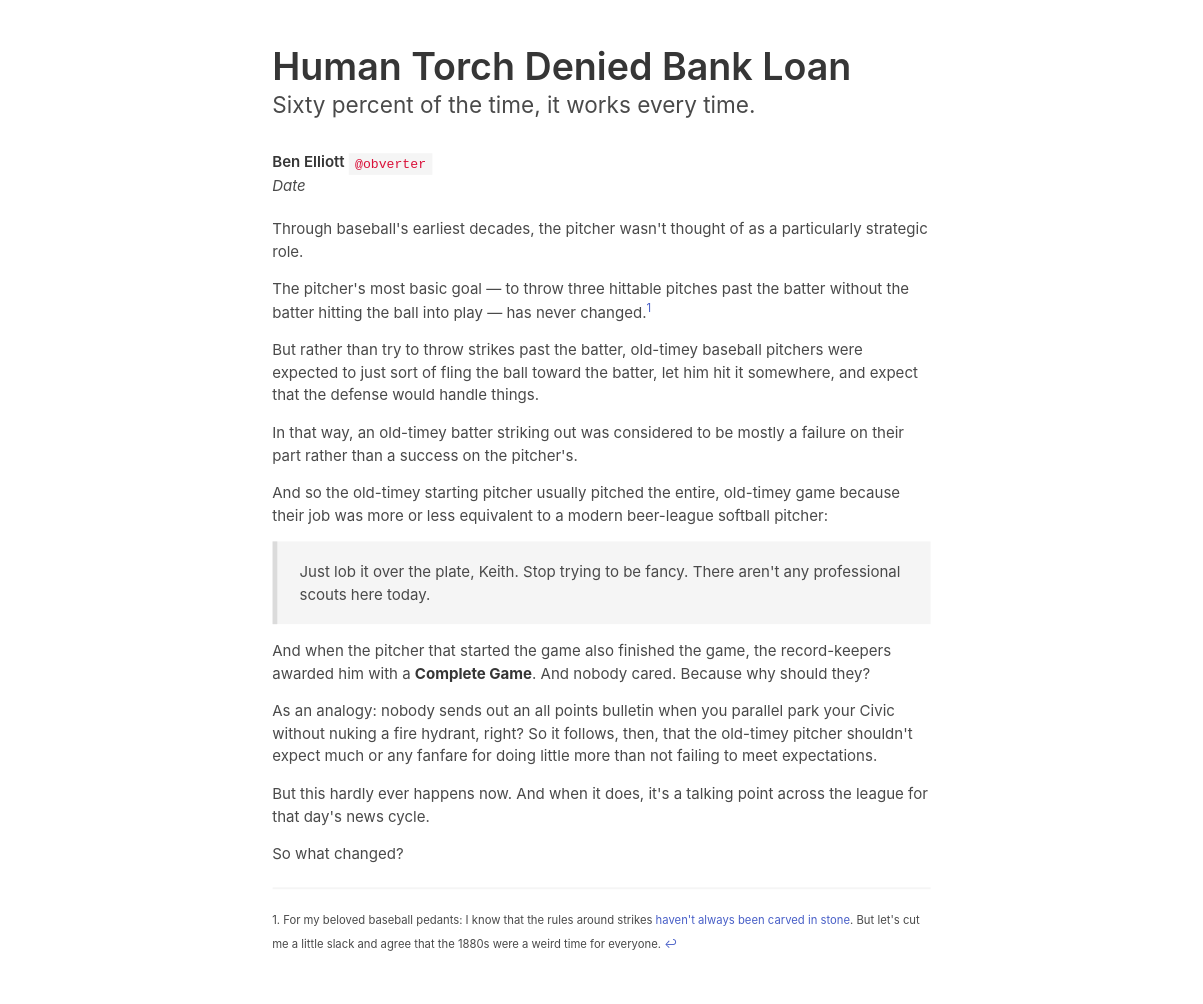
Repository: obverter/complete-games-are-done
Page: index.html
The author's editor kept a copy of each file at every save. The page is drawn from the files as they stood at one save, then again after the next save.
The browser window is 1280 px wide. The pictures show the whole page, at 94% of full size.

Above is the page before, as saved 2022-06-24 16:41:20.

### index.html
<!DOCTYPE html>
<html>
    <head>
        <meta charset="utf-8" />
        <meta name="viewport" content="width=device-width, initial-scale=1" />
        <title>Story!</title>
        <!-- todo: Title above is the text in the browser tab. -->
        <link
            rel="stylesheet"
            href="https://cdn.jsdelivr.net/npm/bulma@0.9.4/css/bulma.min.css"
        />
    </head>
    <body>
        <section class="section">
            <div class="content is-0">
                <div class="columns">
                    <div class="column is-one-fifth"></div>
                    <div class="column is-three-fifths">
                        <h1 class="title is-2">Human Torch Denied Bank Loan</h1>
                        <!-- todo: Title above is the Content title. -->
                        <p class="subtitle is-4">
                            Sixty percent of the time, it works every time.
                            <!-- todo: Subtitle above is the Content subtitle. -->
                        </p>
                    </div>
                    <!-- <div class="column is-one-fifth"></div> -->
                </div>
            </div>
            <div class="columns">
                <div class="column is-one-fifth"></div>
                <div class="column is-three-fifths">
                    <h6 class="title is-6">
                        Ben Elliott <code>@obverter</code>
                    </h6>
                    <h6 class="subtitle is-6"><em>Date</em></h6>
                    <div class="content">
                        <p>
                            Through baseball's earliest decades, the pitcher
                            wasn't thought of as a particularly strategic role.
                        </p>
                        <p>
                            The pitcher's most basic goal — to throw three
                            hittable pitches past the batter without the batter
                            hitting the ball into play — has never changed.<sup><a href="#fn1" id="ref1">1</a></sup>
                        </p>
                        <p>
                            But rather than try to throw strikes past the
                            batter, old-timey baseball pitchers were expected to
                            just sort of fling the ball toward the batter, let
                            him hit it somewhere, and expect that the defense
                            would handle things.
                        </p>
                        <p>
                            In that way, an old-timey batter striking out was
                            considered to be mostly a failure on their part
                            rather than a success on the pitcher's.
                        </p>
                        <p>
                            And so the old-timey starting pitcher usually
                            pitched the entire, old-timey game because their job was more or less equivalent to a modern beer-league softball pitcher:
                        </p>
                            <blockquote>Just lob it over the plate, Keith. Stop trying to be fancy. There aren't any professional scouts here today.</blockquote>
                        <p>
                            And when the pitcher that started the game also
                            finished the game, the record-keepers awarded him
                            with a <strong>Complete Game</strong>. And nobody
                            cared. Because why should they?
                        </p>
                        <p>
                            As an analogy: nobody sends out an all points
                            bulletin when you parallel park your Civic without
                            nuking a fire hydrant, right? So it follows, then,
                            that the old-timey pitcher shouldn't expect much or
                            any fanfare for doing little more than not failing
                            to meet expectations.
                        </p>
                        <p>
                            But this hardly ever happens now. And when it does,
                            it&#39;s a talking point across the league for that
                            day&#39;s news cycle.
                        </p>
                        <p>So what changed?</p>

                        <hr></hr>

<sup id="fn1">1. For my beloved baseball pedants: I know that the rules around strikes <a href="https://www.baseball-almanac.com/articles/strike_zone_rules_history.shtml">haven't always been carved in stone</a>. But let's cut me a little slack and agree that the 1880s were a weird time for everyone. <a href="#ref1" title="Jump back to footnote 1 in the text.">↩</a></sup>
                    </div>
                </div>
                <div class="column is one-fifth"></div>
            </div>
        </section>
    </body>
</html>

After the next save:
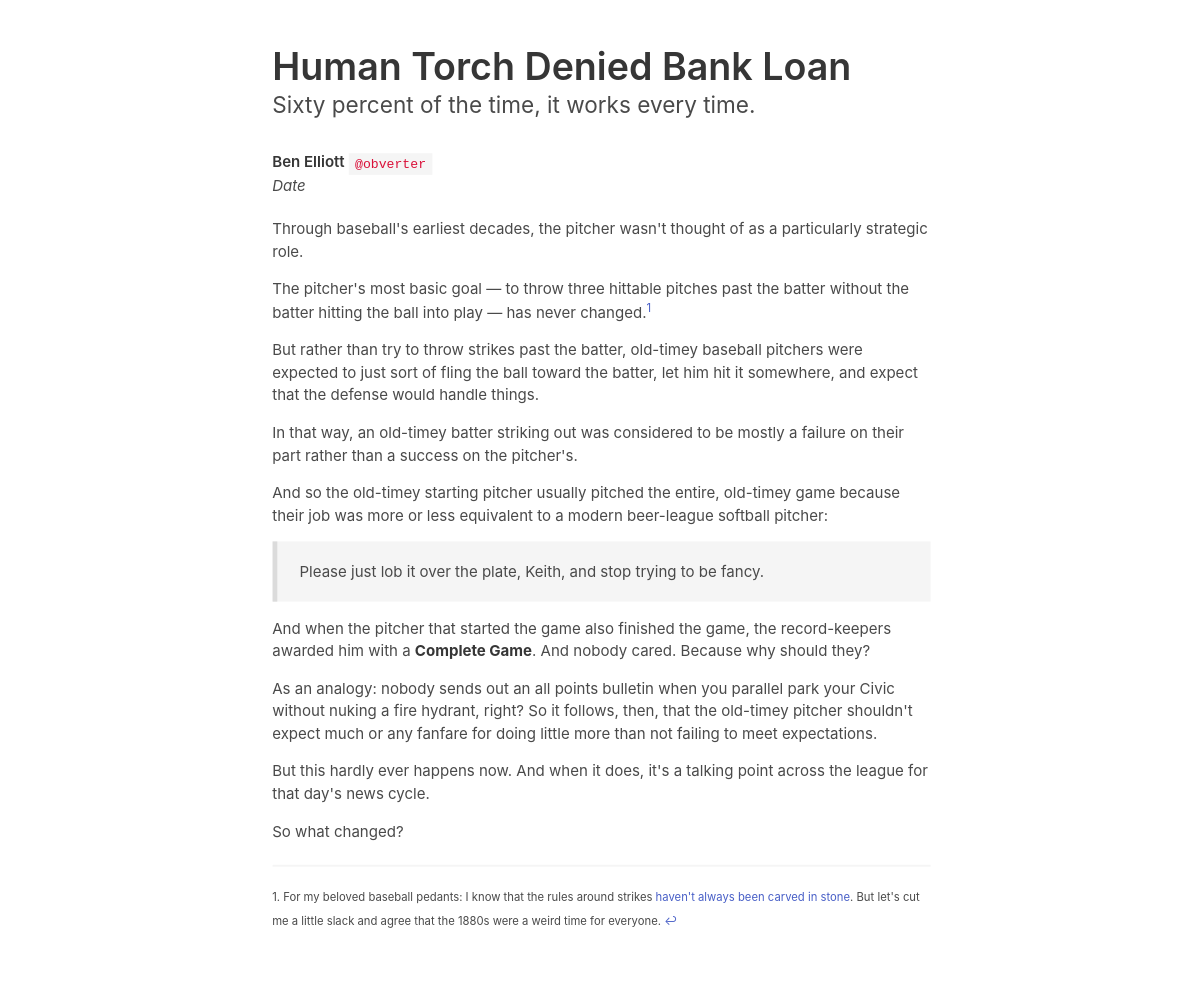
Saved 35 s later.
--- a/index.html
+++ b/index.html
@@ -59,7 +59,7 @@
                             And so the old-timey starting pitcher usually
                             pitched the entire, old-timey game because their job was more or less equivalent to a modern beer-league softball pitcher:
                         </p>
-                            <blockquote>Just lob it over the plate, Keith. Stop trying to be fancy. There aren't any professional scouts here today.</blockquote>
+                            <blockquote>Please just lob it over the plate, Keith, and stop trying to be fancy.</blockquote>
                         <p>
                             And when the pitcher that started the game also
                             finished the game, the record-keepers awarded him
